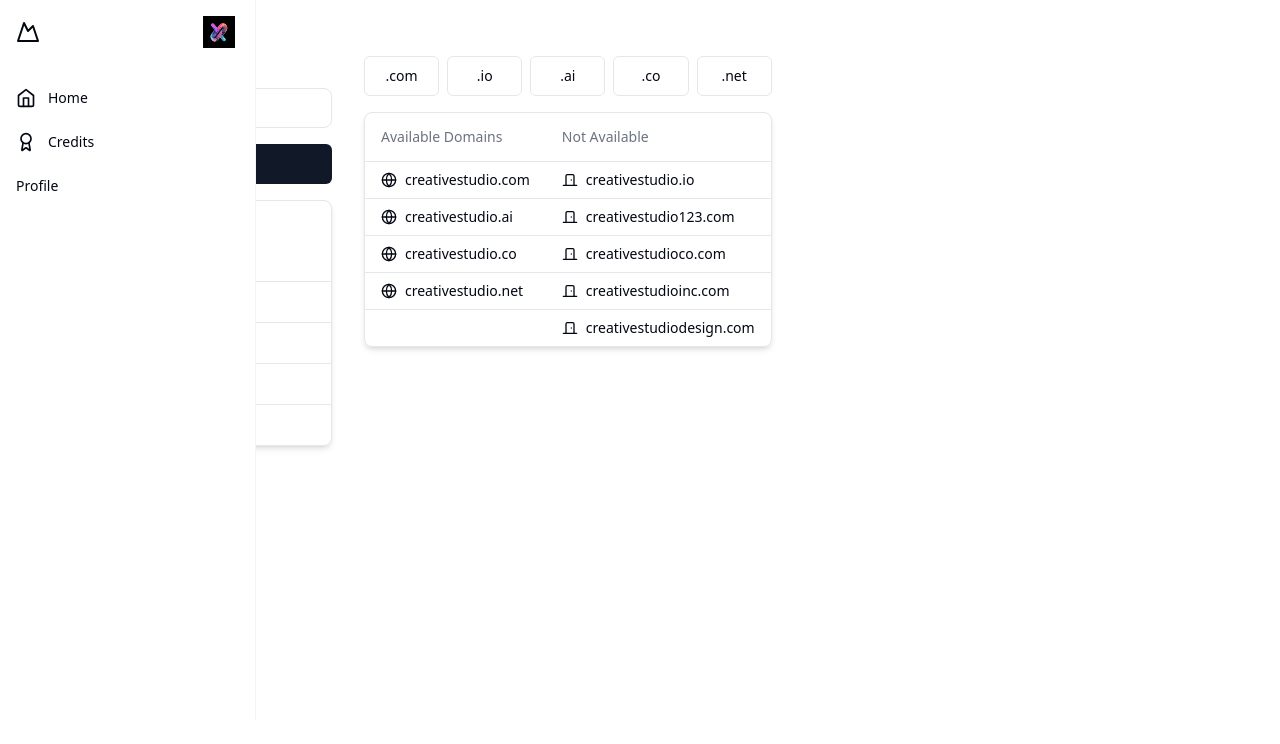
Repository: EliDorf/nyme
Page: /
The author's editor kept a copy of each file at every save. The page is drawn from the files as they stood at one save, then again after the next save.
The browser window is 1280 px wide. The pictures show the whole page.
The page's requests for data from a server got no answer. The project was rebuilt for these pictures with package versions that can differ from the ones it lists, and the page was loaded fresh each time. Some packages were replaced by stand-ins written for this rebuild. The framework's server and built-in components were replaced by stand-ins that run in the browser. No one was signed in, and anything a server would have sent is missing. Also part of the build but not shown: next.config.mjs, lib/utils.ts, components/ui/alert-dialog.tsx, components/shared/InsufficientCreditsModal.tsx.

Above is the page before, as saved 2024-07-27 23:12:46.

### app/layout.tsx
import type { Metadata } from "next";
import { Inter } from "next/font/google";
import "./globals.css";
import type { AppProps } from 'next/app'
import { ClerkProvider, SignInButton, SignedIn, SignedOut, UserButton } from '@clerk/nextjs'

const inter = Inter({ subsets: ["latin"] });

export const metadata: Metadata = {
  title: "Nyme.AI",
  description: "Nyme.AI Generate create Names",
};


export default function RootLayout({
  children,
}: {
  children: React.ReactNode
}) {
  return (
    <ClerkProvider>
      <html lang="en">
        <body>
          <header>
            <SignedOut>
              <SignInButton />
            </SignedOut>
            <SignedIn>
              <UserButton />
            </SignedIn>
          </header>
          <main>
            {children}
          </main>
        </body>
      </html>
    </ClerkProvider>
  )
}

### app/(root)/layout.tsx
import { Dashboard } from '@/components/component/Dashboard';
import React from 'react';
import { NewSidebar } from '@/components/shared/new-sidebar';

const Layout = ({ children }: { children: React.ReactNode }) => {
  return (
    <main className="flex">
      <NewSidebar />
      <div className="flex-1 p-8">
        <Dashboard />
        {children}
      </div>
    </main>
  );
}

export default Layout;

### app/(root)/page.tsx
import { UserButton } from '@clerk/nextjs'
import React from 'react'

const Home = () => {
  return (
    <div>
      <p>Home</p>

    </div>
  )
}

export default Home

### app/globals.css
@tailwind base;
@tailwind components;
@tailwind utilities;

@layer base {
  :root {
    --background: 0 0% 100%;
    --foreground: 224 71.4% 4.1%;
    --card: 0 0% 100%;
    --card-foreground: 224 71.4% 4.1%;
    --popover: 0 0% 100%;
    --popover-foreground: 224 71.4% 4.1%;
    --primary: 220.9 39.3% 11%;
    --primary-foreground: 210 20% 98%;
    --secondary: 220 14.3% 95.9%;
    --secondary-foreground: 220.9 39.3% 11%;
    --muted: 220 14.3% 95.9%;
    --muted-foreground: 220 8.9% 46.1%;
    --accent: 220 14.3% 95.9%;
    --accent-foreground: 220.9 39.3% 11%;
    --destructive: 0 84.2% 60.2%;
    --destructive-foreground: 210 20% 98%;
    --border: 220 13% 91%;
    --input: 220 13% 91%;
    --ring: 224 71.4% 4.1%;
    --radius: 0.5rem;
    --chart-1: 12 76% 61%;
    --chart-2: 173 58% 39%;
    --chart-3: 197 37% 24%;
    --chart-4: 43 74% 66%;
    --chart-5: 27 87% 67%;
  }

  .dark {
    --background: 224 71.4% 4.1%;
    --foreground: 210 20% 98%;
    --card: 224 71.4% 4.1%;
    --card-foreground: 210 20% 98%;
    --popover: 224 71.4% 4.1%;
    --popover-foreground: 210 20% 98%;
    --primary: 210 20% 98%;
    --primary-foreground: 220.9 39.3% 11%;
    --secondary: 215 27.9% 16.9%;
    --secondary-foreground: 210 20% 98%;
    --muted: 215 27.9% 16.9%;
    --muted-foreground: 217.9 10.6% 64.9%;
    --accent: 215 27.9% 16.9%;
    --accent-foreground: 210 20% 98%;
    --destructive: 0 62.8% 30.6%;
    --destructive-foreground: 210 20% 98%;
    --border: 215 27.9% 16.9%;
    --input: 215 27.9% 16.9%;
    --ring: 216 12.2% 83.9%;
    --chart-1: 220 70% 50%;
    --chart-2: 160 60% 45%;
    --chart-3: 30 80% 55%;
    --chart-4: 280 65% 60%;
    --chart-5: 340 75% 55%;
  }
}

@layer base {
  * {
    @apply border-border;
  }
  body {
    @apply bg-background text-foreground;
  }
}.credits-section {
  display: flex;
  justify-content: center;
  align-items: center;
  padding: 2rem;
  background-color: #f9fafb; /* Light background for contrast */
}

.credits-list {
  display: flex;
  gap: 2rem;
  list-style: none;
  padding: 0;
}

.credits-item {
  background: #fff;
  border-radius: 8px;
  box-shadow: 0 4px 8px rgba(0, 0, 0, 0.1);
  padding: 2rem;
  max-width: 300px;
  text-align: center;
  transition: transform 0.3s;
}

.credits-item:hover {
  transform: translateY(-10px);
}

.flex-center {
  display: flex;
  justify-content: center;
  align-items: center;
}

.flex-col {
  flex-direction: column;
}

.plan-name {
  font-size: 1.5rem;
  font-weight: bold;
  color: #6B46C1;
}

.plan-price {
  font-size: 2rem;
  font-weight: bold;
  color: #2D3748;
  margin: 1rem 0;
}

.plan-credits {
  font-size: 1.1rem;
  color: #4A5568;
}

.inclusions-list {
  list-style: none;
  padding: 0;
  margin: 2rem 0;
  text-align: left;
}

.inclusion-item {
  display: flex;
  align-items: center;
  gap: 1rem;
}

.inclusion-label {
  font-size: 1rem;
  color: #4A5568;
}

.credits-btn {
  margin-top: 0.25rem;
  padding: 0.75rem 1.5rem;
  border: 2px solid #6B46C1;
  color: #fff;
  background-color: #6B46C1;
  font-size: 1rem;
  font-weight: bold;
  border-radius: 4px;
  transition: background-color 0.3s, color 0.3s;
}

.credits-btn:hover {
  background-color: #4C2C8A;
  color: #fff;
}

@media (max-width: 768px) {
  .credits-list {
    flex-direction: column;
    align-items: center;
  }
}

.checkoutButton {
  width: 100%;
  padding: 0.75rem 1.5rem;
  background-color: #6B46C1;
  color: #fff;
  font-size: 1rem;
  font-weight: bold;
  border: none;
  border-radius: 25px;
  cursor: pointer;
  transition: background-color 0.3s, transform 0.3s;
}

.checkoutButton:hover {
  background-color: #4C2C8A;
  transform: translateY(-2px);
}

.success-toast {
  background-color: #38A169; /* Green background for success */
  color: white;
}

.error-toast {
  background-color: #E53E3E; /* Red background for error */
  color: white;
}

.cl-userButtonBox {
  display: flex;
  flex-flow: row-reverse;
  gap: 12px;
}

.cl-userButtonOuterIdentifier {
  font-size: 16px;
  font-weight: 600;
  color: #384262;
}

main {
  display: flex;
  min-height: 100vh;
}

### components/ui/label.tsx
"use client"

import * as React from "react"
import * as LabelPrimitive from "@radix-ui/react-label"
import { cva, type VariantProps } from "class-variance-authority"

import { cn } from "@/lib/utils"

const labelVariants = cva(
  "text-sm font-medium leading-none peer-disabled:cursor-not-allowed peer-disabled:opacity-70"
)

const Label = React.forwardRef<
  React.ElementRef<typeof LabelPrimitive.Root>,
  React.ComponentPropsWithoutRef<typeof LabelPrimitive.Root> &
    VariantProps<typeof labelVariants>
>(({ className, ...props }, ref) => (
  <LabelPrimitive.Root
    ref={ref}
    className={cn(labelVariants(), className)}
    {...props}
  />
))
Label.displayName = LabelPrimitive.Root.displayName

export { Label }

### components/ui/input.tsx
import * as React from "react"

import { cn } from "@/lib/utils"

export interface InputProps
  extends React.InputHTMLAttributes<HTMLInputElement> {}

const Input = React.forwardRef<HTMLInputElement, InputProps>(
  ({ className, type, ...props }, ref) => {
    return (
      <input
        type={type}
        className={cn(
          "flex h-10 w-full rounded-md border border-input bg-background px-3 py-2 text-sm ring-offset-background file:border-0 file:bg-transparent file:text-sm file:font-medium placeholder:text-muted-foreground focus-visible:outline-none focus-visible:ring-2 focus-visible:ring-ring focus-visible:ring-offset-2 disabled:cursor-not-allowed disabled:opacity-50",
          className
        )}
        ref={ref}
        {...props}
      />
    )
  }
)
Input.displayName = "Input"

export { Input }

### components/ui/button.tsx
import * as React from "react"
import { Slot } from "@radix-ui/react-slot"
import { cva, type VariantProps } from "class-variance-authority"

import { cn } from "@/lib/utils"

const buttonVariants = cva(
  "inline-flex items-center justify-center whitespace-nowrap rounded-md text-sm font-medium ring-offset-background transition-colors focus-visible:outline-none focus-visible:ring-2 focus-visible:ring-ring focus-visible:ring-offset-2 disabled:pointer-events-none disabled:opacity-50",
  {
    variants: {
      variant: {
        default: "bg-primary text-primary-foreground hover:bg-primary/90",
        destructive:
          "bg-destructive text-destructive-foreground hover:bg-destructive/90",
        outline:
          "border border-input bg-background hover:bg-accent hover:text-accent-foreground",
        secondary:
          "bg-secondary text-secondary-foreground hover:bg-secondary/80",
        ghost: "hover:bg-accent hover:text-accent-foreground",
        link: "text-primary underline-offset-4 hover:underline",
      },
      size: {
        default: "h-10 px-4 py-2",
        sm: "h-9 rounded-md px-3",
        lg: "h-11 rounded-md px-8",
        icon: "h-10 w-10",
      },
    },
    defaultVariants: {
      variant: "default",
      size: "default",
    },
  }
)

export interface ButtonProps
  extends React.ButtonHTMLAttributes<HTMLButtonElement>,
    VariantProps<typeof buttonVariants> {
  asChild?: boolean
}

const Button = React.forwardRef<HTMLButtonElement, ButtonProps>(
  ({ className, variant, size, asChild = false, ...props }, ref) => {
    const Comp = asChild ? Slot : "button"
    return (
      <Comp
        className={cn(buttonVariants({ variant, size, className }))}
        ref={ref}
        {...props}
      />
    )
  }
)
Button.displayName = "Button"

export { Button, buttonVariants }

### components/ui/table.tsx
import * as React from "react"

import { cn } from "@/lib/utils"

const Table = React.forwardRef<
  HTMLTableElement,
  React.HTMLAttributes<HTMLTableElement>
>(({ className, ...props }, ref) => (
  <div className="relative w-full overflow-auto">
    <table
      ref={ref}
      className={cn("w-full caption-bottom text-sm", className)}
      {...props}
    />
  </div>
))
Table.displayName = "Table"

const TableHeader = React.forwardRef<
  HTMLTableSectionElement,
  React.HTMLAttributes<HTMLTableSectionElement>
>(({ className, ...props }, ref) => (
  <thead ref={ref} className={cn("[&_tr]:border-b", className)} {...props} />
))
TableHeader.displayName = "TableHeader"

const TableBody = React.forwardRef<
  HTMLTableSectionElement,
  React.HTMLAttributes<HTMLTableSectionElement>
>(({ className, ...props }, ref) => (
  <tbody
    ref={ref}
    className={cn("[&_tr:last-child]:border-0", className)}
    {...props}
  />
))
TableBody.displayName = "TableBody"

const TableFooter = React.forwardRef<
  HTMLTableSectionElement,
  React.HTMLAttributes<HTMLTableSectionElement>
>(({ className, ...props }, ref) => (
  <tfoot
    ref={ref}
    className={cn(
      "border-t bg-muted/50 font-medium [&>tr]:last:border-b-0",
      className
    )}
    {...props}
  />
))
TableFooter.displayName = "TableFooter"

const TableRow = React.forwardRef<
  HTMLTableRowElement,
  React.HTMLAttributes<HTMLTableRowElement>
>(({ className, ...props }, ref) => (
  <tr
    ref={ref}
    className={cn(
      "border-b transition-colors hover:bg-muted/50 data-[state=selected]:bg-muted",
      className
    )}
    {...props}
  />
))
TableRow.displayName = "TableRow"

const TableHead = React.forwardRef<
  HTMLTableCellElement,
  React.ThHTMLAttributes<HTMLTableCellElement>
>(({ className, ...props }, ref) => (
  <th
    ref={ref}
    className={cn(
      "h-12 px-4 text-left align-middle font-medium text-muted-foreground [&:has([role=checkbox])]:pr-0",
      className
    )}
    {...props}
  />
))
TableHead.displayName = "TableHead"

const TableCell = React.forwardRef<
  HTMLTableCellElement,
  React.TdHTMLAttributes<HTMLTableCellElement>
>(({ className, ...props }, ref) => (
  <td
    ref={ref}
    className={cn("p-4 align-middle [&:has([role=checkbox])]:pr-0", className)}
    {...props}
  />
))
TableCell.displayName = "TableCell"

const TableCaption = React.forwardRef<
  HTMLTableCaptionElement,
  React.HTMLAttributes<HTMLTableCaptionElement>
>(({ className, ...props }, ref) => (
  <caption
    ref={ref}
    className={cn("mt-4 text-sm text-muted-foreground", className)}
    {...props}
  />
))
TableCaption.displayName = "TableCaption"

export {
  Table,
  TableHeader,
  TableBody,
  TableFooter,
  TableHead,
  TableRow,
  TableCell,
  TableCaption,
}

### components/component/UseSuggestion.tsx
// useSuggestions.ts
import { useState } from 'react'
import { useUser } from '@clerk/nextjs'
import { creditFee } from "@/constants"

const PLACEHOLDER_SUGGESTIONS = [
  "Names",
  "Nyme",
  "Namin",
  "Amin",
  "Namye"
];

export function useSuggestions() {
  const [suggestions, setSuggestions] = useState<string[]>(PLACEHOLDER_SUGGESTIONS)
  const [isLoading, setIsLoading] = useState(false)
  const [error, setError] = useState<string | null>(null)
  const { user } = useUser()

  const handleSubmit = async (input: string) => {
    setIsLoading(true)
    setError(null)
    // Note: You'll need to implement updateCredits function or move it to this file
    // await updateCredits(userId, creditFee)

    try {
      const response = await fetch('/api/generate', {
        method: 'POST',
        headers: {
          'Content-Type': 'application/json',
        },
        body: JSON.stringify({
          input,
          userId: user?.id || 'anonymous'
        }),
      })

      if (!response.ok) {
        throw new Error('Network response was not ok')
      }

      const data = await response.json()
      console.log("Raw data from API:", data)
      console.log("Received suggestions:", data.suggestions)

      const newSuggestions = Array.isArray(data.suggestions) ? data.suggestions : PLACEHOLDER_SUGGESTIONS
      console.log("Setting suggestions to:", newSuggestions)

      setSuggestions(newSuggestions)
    } catch (error) {
      console.error('Error:', error)
      setError('Failed to fetch suggestions. Please try again.')
      setSuggestions(PLACEHOLDER_SUGGESTIONS)
    } finally {
      setIsLoading(false)
    }
  }

  return { suggestions, isLoading, error, handleSubmit }
}

### lib/actions/user.action.ts
"use server";

import { revalidatePath } from "next/cache";

import User from "../database/models/user.model";
import { connectToDatabase } from "../database/mongoose";
import { handleError } from "../utils";
import { ObjectId } from 'mongodb';


type CreateUserParams = {
  clerkId: string;
  email: string;
  username: string;
  firstName?: string;
  lastName?: string;
  photo?: string;
};

type UpdateUserParams = {
  firstName?: string;
  lastName?: string;
  username?: string;
  photo?: string;
};

// CREATE
export async function createUser(user: CreateUserParams) {
  try {
    await connectToDatabase();

    const newUser = await User.create(user);

    return JSON.parse(JSON.stringify(newUser));
  } catch (error) {
    handleError(error);
  }
}

// READ
export async function getUserById(userId: string) {
  try {
    await connectToDatabase();

    const user = await User.findOne({ clerkId: userId });

    if (!user) throw new Error("User not found");

    return JSON.parse(JSON.stringify(user));
  } catch (error) {
    handleError(error);
  }
}

// UPDATE
export async function updateUser(clerkId: string, user: UpdateUserParams) {
  try {
    await connectToDatabase();

    const updatedUser = await User.findOneAndUpdate({ clerkId }, user, {
      new: true,
    });

    if (!updatedUser) throw new Error("User update failed");

    return JSON.parse(JSON.stringify(updatedUser));
  } catch (error) {
    handleError(error);
  }
}

// DELETE
export async function deleteUser(clerkId: string) {
  try {
    await connectToDatabase();

    // Find user to delete
    const userToDelete = await User.findOne({ clerkId });

    if (!userToDelete) {
      throw new Error("User not found");
    }

    // Delete user
    const deletedUser = await User.findByIdAndDelete(userToDelete._id);
    revalidatePath("/");

    return deletedUser ? JSON.parse(JSON.stringify(deletedUser)) : null;
  } catch (error) {
    handleError(error);
  }
}

// USE CREDITSimport { ObjectId } from 'mongodb'; // Make sure to import this

export async function updateCredits(userId: string, creditFee: number) {
  try {
    await connectToDatabase();

    console.log(`Updating credits for user with _id: ${userId}`);
    console.log(`Credit fee to be added: ${creditFee}`);

    const updatedUserCredits = await User.findOneAndUpdate(
      { _id: new ObjectId(userId) },
      { $inc: { creditBalance: creditFee }},
      { new: true }
    )

    if(!updatedUserCredits) {
      console.log(`User credits update failed for _id: ${userId}`);
      throw new Error("User credits update failed");
    }

    console.log(`Updated credit balance: ${updatedUserCredits.creditBalance}`);

    return JSON.parse(JSON.stringify(updatedUserCredits));
  } catch (error) {
    console.error("Error in updateCredits:", error);
    handleError(error);
  }
}

### lib/actions/useUserData.ts
// hooks/useUserData.ts
import { useState, useEffect } from 'react';
import { useUser } from '@clerk/nextjs';
import { getUserById } from '@/lib/actions/user.action';
import { User } from '@/types/user';

export function useUserData() {
  const { user } = useUser();
  const [userData, setUserData] = useState<User | null>(null);

  useEffect(() => {
    async function fetchUserData() {
      if (user) {
        const data = await getUserById(user.id);
        setUserData(data);
      }
    }

    fetchUserData();
  }, [user]);

  return { userData };
}

### lib/database/mongoose.ts
import mongoose, { Mongoose } from 'mongoose';

const MONGODB_URL = process.env.MONGODB_URL;

interface MongooseConnection {
  conn: Mongoose | null;
  promise: Promise<Mongoose> | null;
}

let cached: MongooseConnection = (global as any).mongoose

if(!cached) {
  cached = (global as any).mongoose = {
    conn: null, promise: null
  }
}

export const connectToDatabase = async () => {
  if(cached.conn) return cached.conn;

  if(!MONGODB_URL) throw new Error('Missing MONGODB_URL');

  cached.promise =
    cached.promise ||
    mongoose.connect(MONGODB_URL, {
      dbName: 'Nyme', bufferCommands: false
    })

  cached.conn = await cached.promise;

  return cached.conn;
}

### tailwind.config.ts
import type { Config } from "tailwindcss";

const config: Config = {
  content: [
    "./pages/**/*.{js,ts,jsx,tsx,mdx}",
    "./components/**/*.{js,ts,jsx,tsx,mdx}",
    "./app/**/*.{js,ts,jsx,tsx,mdx}",
  ],
  theme: {
    extend: {
      backgroundImage: {
        "gradient-radial": "radial-gradient(var(--tw-gradient-stops))",
        "gradient-conic":
          "conic-gradient(from 180deg at 50% 50%, var(--tw-gradient-stops))",
      },
    },
      colors: {
            "border": "hsl(var(--border))",
            "input": "hsl(var(--input))",
            "ring": "hsl(var(--ring))",
            "background": "hsl(var(--background))",
            "foreground": "hsl(var(--foreground))",
            "primary": {
              "DEFAULT": "hsl(var(--primary))",
              "foreground": "hsl(var(--primary-foreground))"
            },
            "secondary": {
              "DEFAULT": "hsl(var(--secondary))",
              "foreground": "hsl(var(--secondary-foreground))"
            },
            "destructive": {
              "DEFAULT": "hsl(var(--destructive))",
              "foreground": "hsl(var(--destructive-foreground))"
            },
            "muted": {
              "DEFAULT": "hsl(var(--muted))",
              "foreground": "hsl(var(--muted-foreground))"
            },
            "accent": {
              "DEFAULT": "hsl(var(--accent))",
              "foreground": "hsl(var(--accent-foreground))"
            },
            "popover": {
              "DEFAULT": "hsl(var(--popover))",
              "foreground": "hsl(var(--popover-foreground))"
            },
            "card": {
              "DEFAULT": "hsl(var(--card))",
              "foreground": "hsl(var(--card-foreground))"
            }
          },
      borderRadius: {
            "lg": "var(--radius)",
            "md": "calc(var(--radius) - 2px)",
            "sm": "calc(var(--radius) - 4px)"
          },
      keyframes: {
            "accordion-down": {
              "from": {
                "height": "0"
              },
              "to": {
                "height": "var(--radix-accordion-content-height)"
              }
            },
            "accordion-up": {
              "from": {
                "height": "var(--radix-accordion-content-height)"
              },
              "to": {
                "height": "0"
              }
            }
          }
},
  plugins: [require("tailwindcss-animate")],
};
export default config;

Loaded but not shown: lib/database/models/user.model.ts (common file); components/shared/new-sidebar.tsx (287 lines, source omitted); components/component/Dashboard.tsx (268 lines, source omitted); components/ui/dropdown-menu.tsx (200 lines, source omitted); constants/index.ts (195 lines, source omitted)

After the next save:
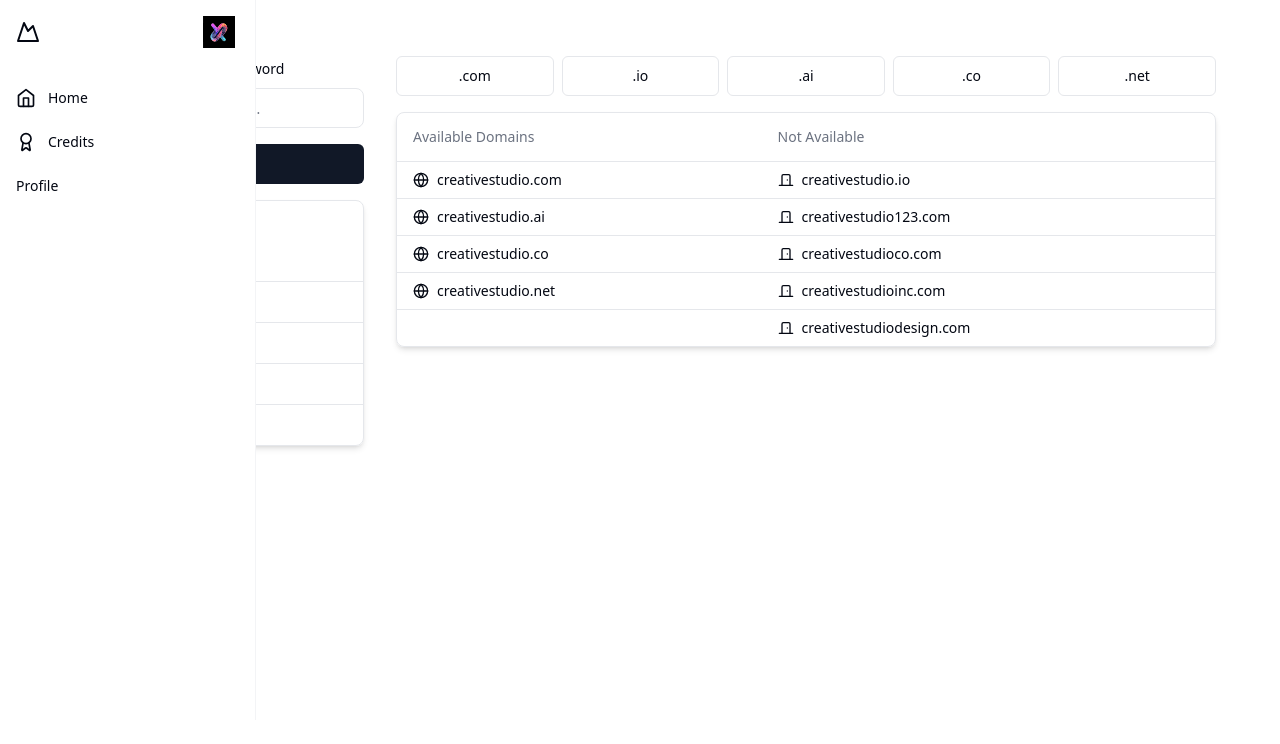
Saved 7 s later.
--- a/app/globals.css
+++ b/app/globals.css
@@ -206,6 +206,6 @@
 }
 
 main {
-  display: flex;
+  display: center;
   min-height: 100vh;
 }

After the 2 saves that followed:
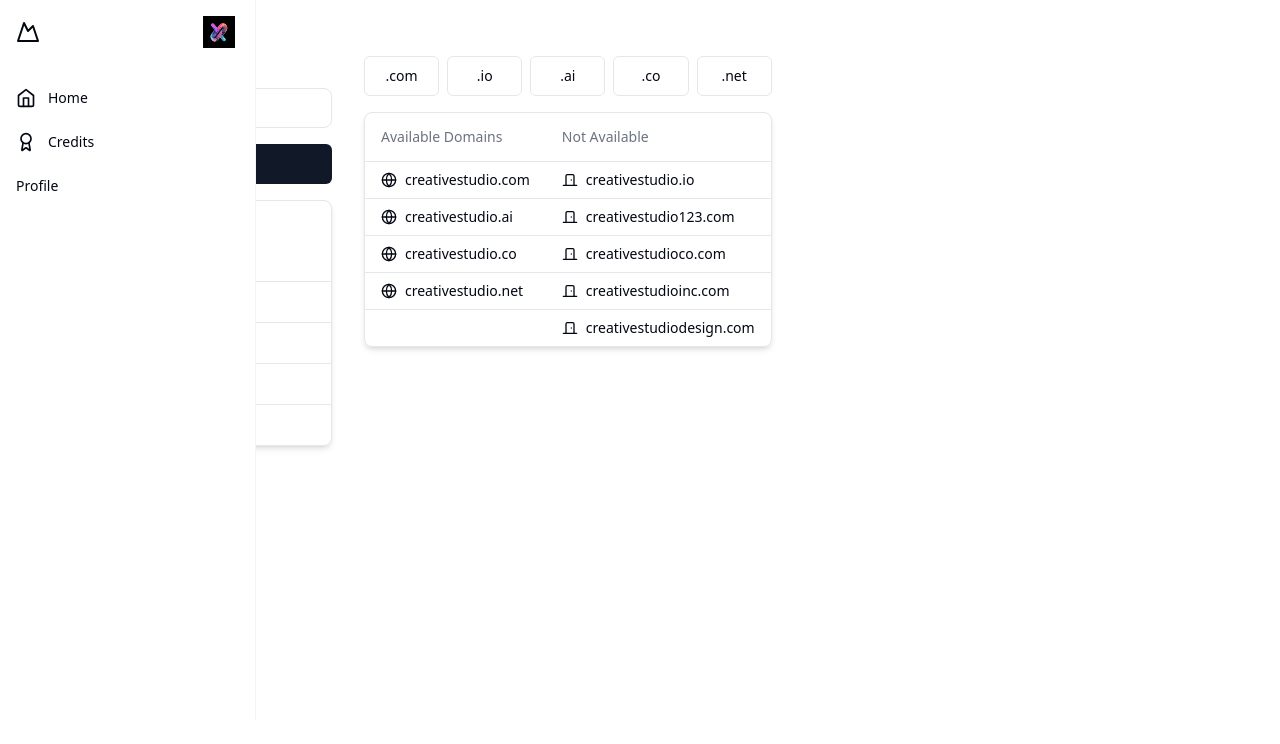
The 2 saves are shown as one change because 1 left the picture as it was.
The last was saved 24 s later.
--- a/app/globals.css
+++ b/app/globals.css
@@ -206,6 +206,6 @@
 }
 
 main {
-  display: center;
+  display: flex;
   min-height: 100vh;
 }
